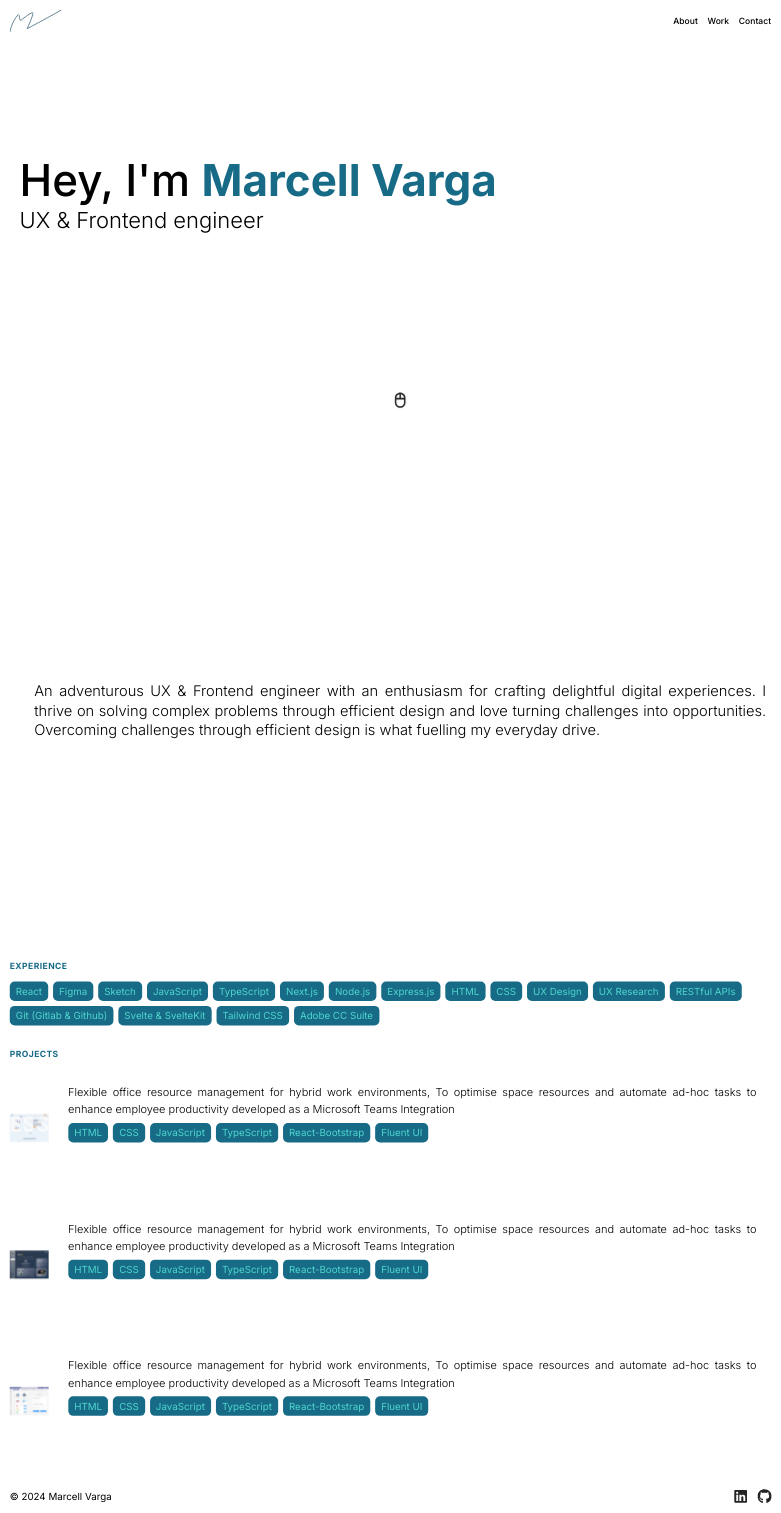
Repository: TheMarcellVarga/personal-portfolio-v.2
Page: /
The author's editor kept a copy of each file at every save. The page is drawn from the files as they stood at one save, then again after a run of saves.
The browser window is 1280 px wide. The pictures show the whole page, at 61% of full size.
The project was rebuilt for these pictures with package versions that can differ from the ones it lists, and the page was loaded fresh each time. The framework's server and built-in components were replaced by stand-ins that run in the browser. Also part of the build but not shown: next.config.mjs.

Above is the page before, as saved 2024-04-25 01:11:26.

After the next 2 saves:
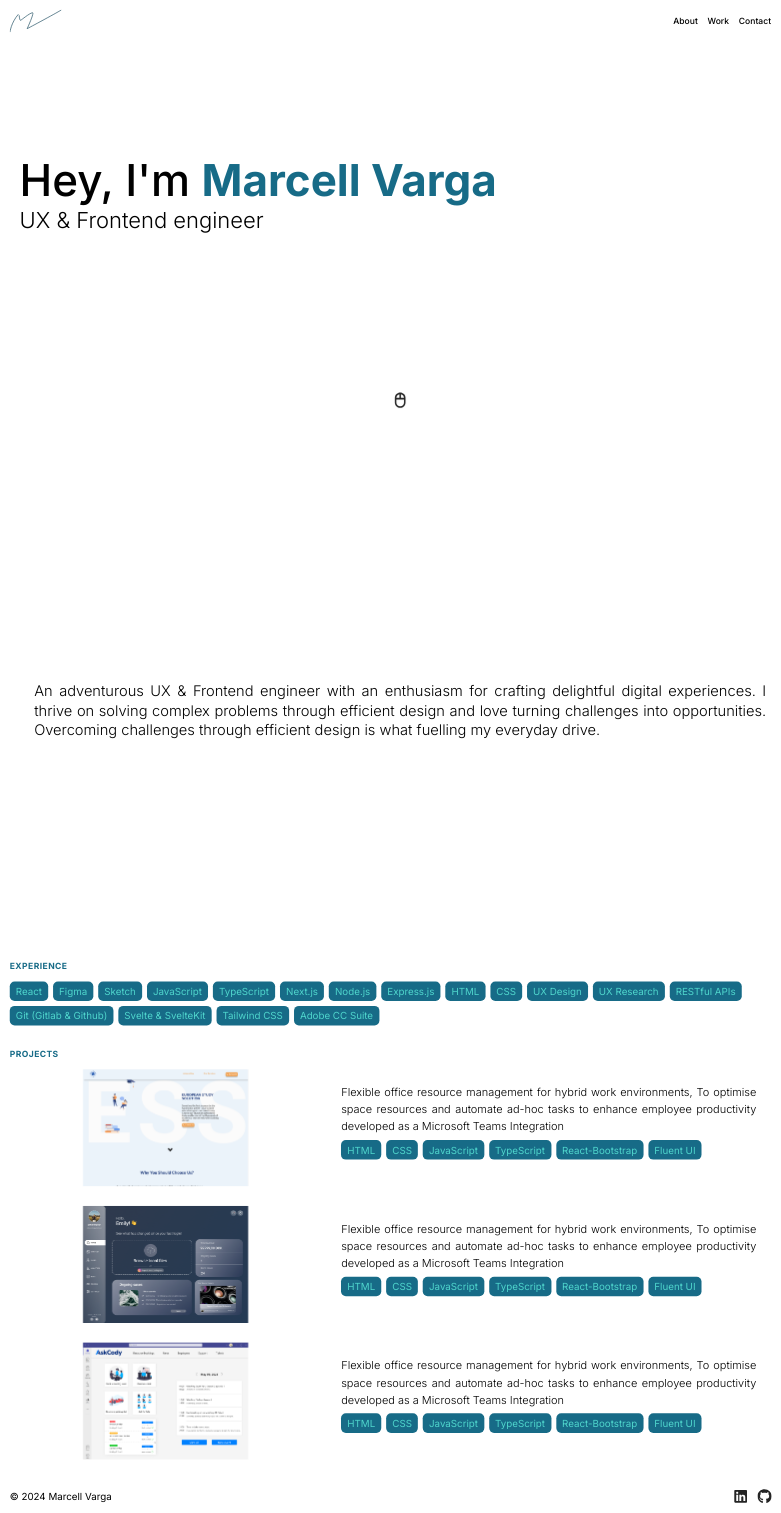
The 2 saves are shown as one change because they came seconds apart.
The last was saved 6 s later.
--- a/app/page.tsx
+++ b/app/page.tsx
@@ -239,7 +239,7 @@ export default function Page() {
           <div className="flex flex-col gap-8">
             {projects.map((project) => (
               <div key={project.title} className="flex gap-2">
-                <div className="w-24 h-full relative rounded-lg overflow-hidden y-5">
+                <div className="w-screen h-full relative rounded-lg overflow-hidden y-5">
                   <div className="h-48">
                     <Image
                       src={project.image} // Use the image path from the project object
